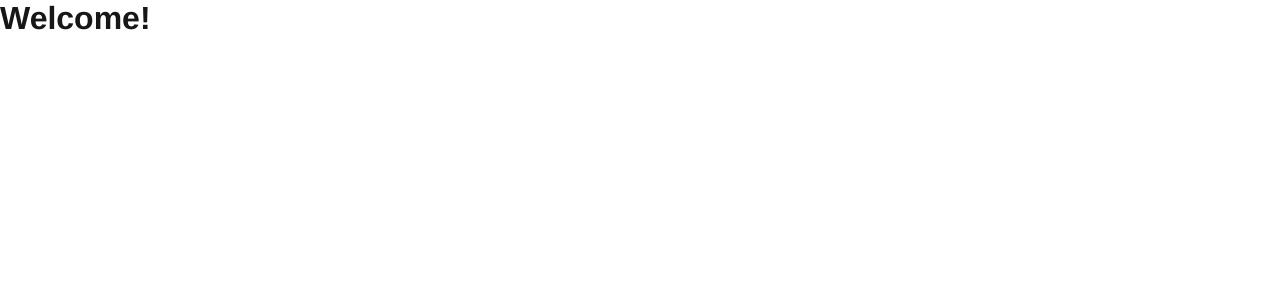
Repository: EricRobertCampbell/palaeo-fossil-classifier
Page: /dashboard (app in palaeo-fossil-classifier/)
The author's editor kept a copy of each file at every save. The page is drawn from the files as they stood at one save, then again after the next save.
The browser window is 1280 px wide. The pictures show the whole page.
The project was rebuilt for these pictures with package versions that can differ from the ones it lists, and the page was loaded fresh each time. The framework's server and built-in components were replaced by stand-ins that run in the browser. Also part of the build but not shown: palaeo-fossil-classifier/next.config.ts.

Above is the page before, as saved 2024-11-30 13:39:10.

### palaeo-fossil-classifier/app/dashboard/page.tsx
import React from "react";

export default function dashboard() {
  return (
    <div>
      <h1>Welcome!</h1>
      <p></p>
    </div>
  );
}

### palaeo-fossil-classifier/app/globals.css
:root {
  --background: #ffffff;
  --foreground: #171717;
}

@media (prefers-color-scheme: dark) {
  :root {
    --background: #0a0a0a;
    --foreground: #ededed;
  }
}

html,
body {
  max-width: 100vw;
  overflow-x: hidden;
}

body {
  color: var(--foreground);
  background: var(--background);
  font-family: Helvetica;
  -webkit-font-smoothing: antialiased;
  -moz-osx-font-smoothing: grayscale;
}

* {
  box-sizing: border-box;
  padding: 0;
  margin: 0;
}

a {
  color: inherit;
  text-decoration: none;
}

@media (prefers-color-scheme: dark) {
  html {
    color-scheme: dark;
  }
}

Loaded but not shown: palaeo-fossil-classifier/app/layout.tsx (common file)

After the next save:
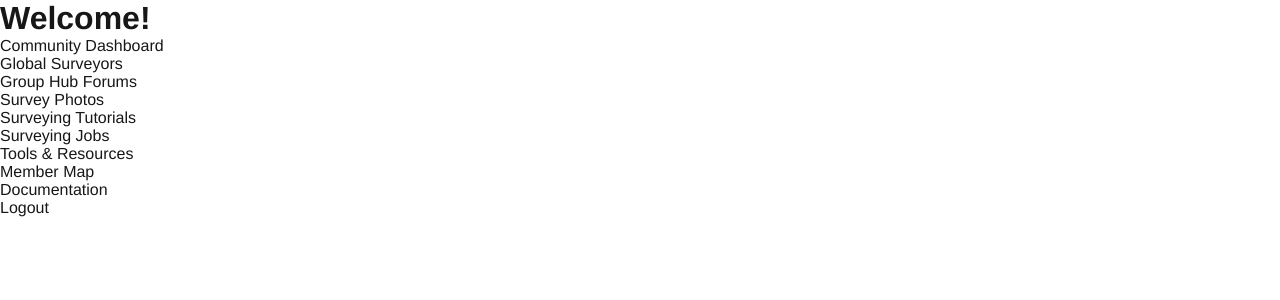
Saved 4 min 7 s later.
--- a/palaeo-fossil-classifier/app/dashboard/page.tsx
+++ b/palaeo-fossil-classifier/app/dashboard/page.tsx
@@ -4,7 +4,74 @@ export default function dashboard() {
   return (
     <div>
       <h1>Welcome!</h1>
-      <p></p>
+      <div className="area"></div>
+      <nav className="main-menu">
+        <ul>
+          <li>
+            <a href="https://jbfarrow.com">
+              <i className="fa fa-home fa-2x"></i>
+              <span className="nav-text">Community Dashboard</span>
+            </a>
+          </li>
+          <li className="has-subnav">
+            <a href="#">
+              <i className="fa fa-globe fa-2x"></i>
+              <span className="nav-text">Global Surveyors</span>
+            </a>
+          </li>
+          <li className="has-subnav">
+            <a href="#">
+              <i className="fa fa-comments fa-2x"></i>
+              <span className="nav-text">Group Hub Forums</span>
+            </a>
+          </li>
+          <li className="has-subnav">
+            <a href="#">
+              <i className="fa fa-camera-retro fa-2x"></i>
+              <span className="nav-text">Survey Photos</span>
+            </a>
+          </li>
+          <li>
+            <a href="#">
+              <i className="fa fa-film fa-2x"></i>
+              <span className="nav-text">Surveying Tutorials</span>
+            </a>
+          </li>
+          <li>
+            <a href="#">
+              <i className="fa fa-book fa-2x"></i>
+              <span className="nav-text">Surveying Jobs</span>
+            </a>
+          </li>
+          <li>
+            <a href="#">
+              <i className="fa fa-cogs fa-2x"></i>
+              <span className="nav-text">Tools & Resources</span>
+            </a>
+          </li>
+          <li>
+            <a href="#">
+              <i className="fa fa-map-marker fa-2x"></i>
+              <span className="nav-text">Member Map</span>
+            </a>
+          </li>
+          <li>
+            <a href="#">
+              <i className="fa fa-info fa-2x"></i>
+              <span className="nav-text">Documentation</span>
+            </a>
+          </li>
+        </ul>
+
+        <ul className="logout">
+          <li>
+            <a href="#">
+              <i className="fa fa-power-off fa-2x"></i>
+              <span className="nav-text">Logout</span>
+            </a>
+          </li>
+        </ul>
+      </nav>
     </div>
   );
 }
